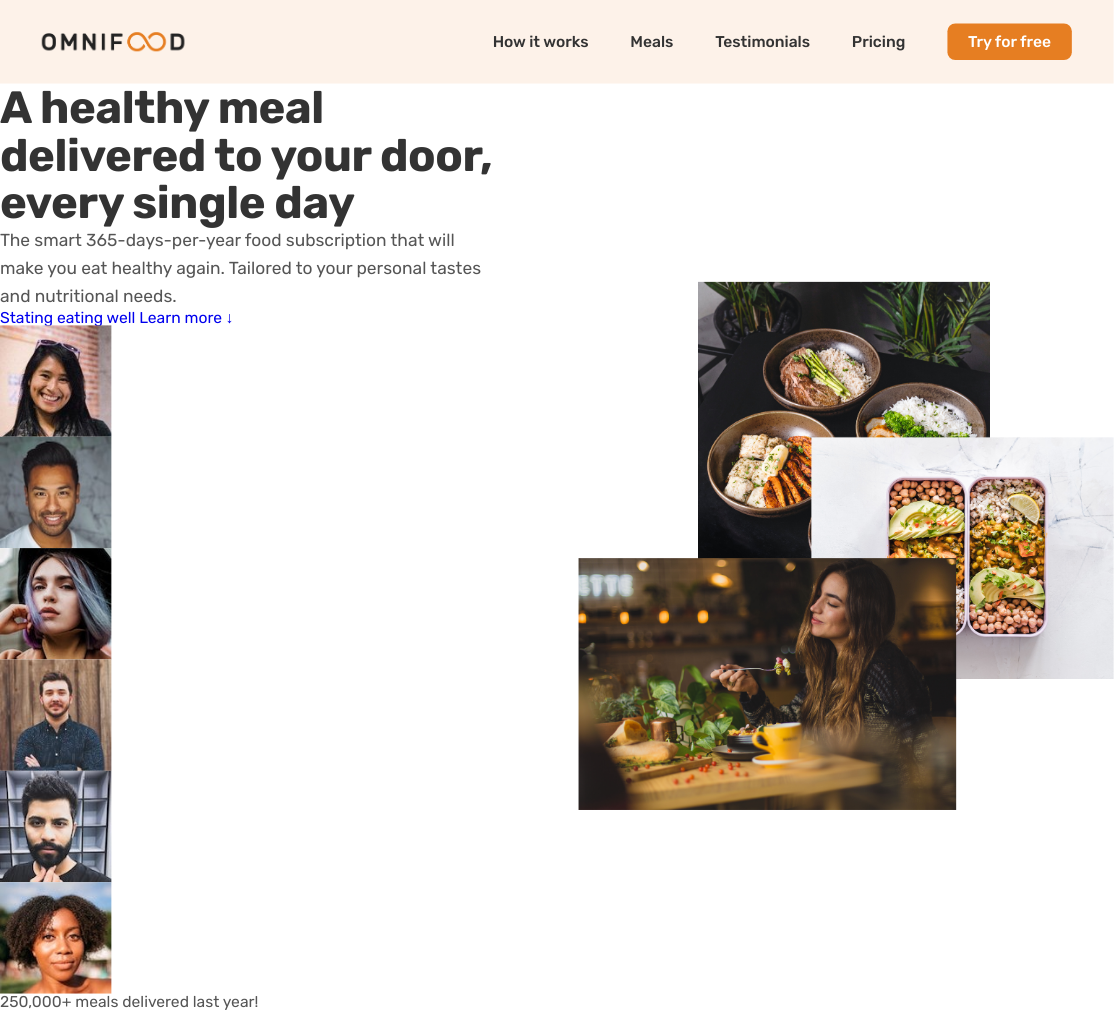
Repository: longvuht/omnifood-vu-nl
Page: index.html
These files come from the project's save history. The page is drawn as it stood at one moment and after the next save; the edit follows.
The browser window is 1280 px wide. The pictures show the whole page, at 87% of full size.
The style sheet was rebuilt from its Sass, Less or Tailwind sources for each picture, by a compiler version that may differ from the author's.

Above is the page before, as saved 2022-09-18 17:51:24.

After the next save:
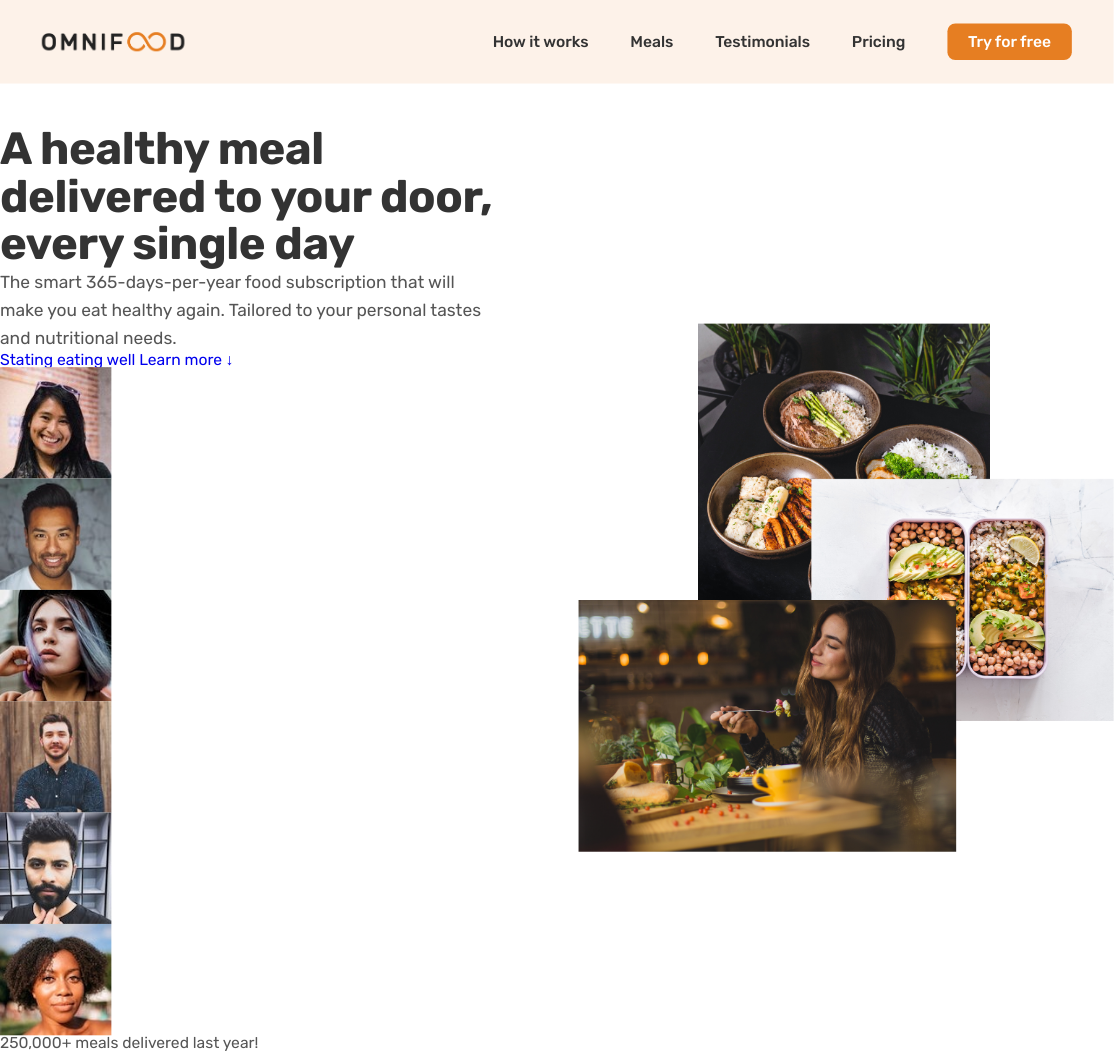
Saved 3 min 45 s later.
--- a/sass/_header.scss
+++ b/sass/_header.scss
@@ -1,4 +1,5 @@
 .header {
+  margin-bottom: 4.8rem;
   &__container {
     padding: 2.7rem 4.8rem;
     background-color: $primary-color;
